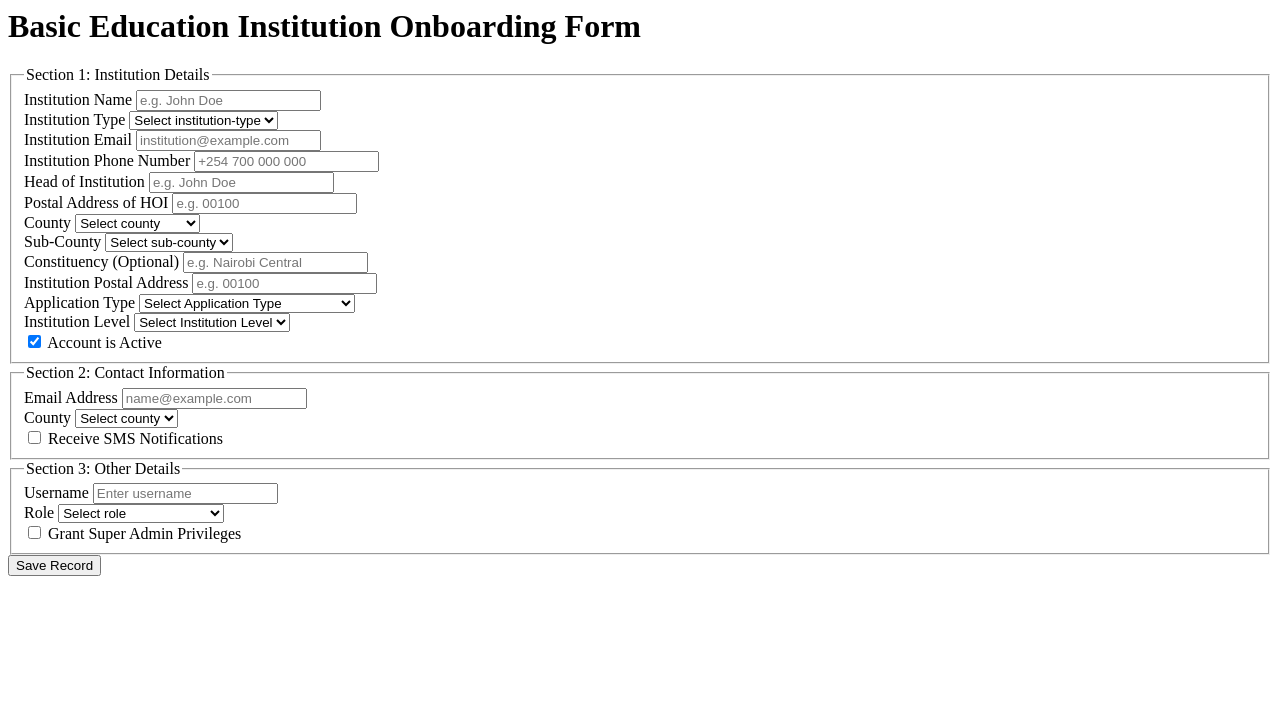
Repository: ndirituart/KEMIS
Page: angular-client/src/app/pages/basic-education/basic-education.html
An editor plug-in stored every save of this project. The page is shown before and after a run of saves, followed by the edit.
The browser window is 1280 px wide. The pictures show the whole page.

Above is the page before, as saved 2026-10-20 21:37:00.

After the next 3 saves:
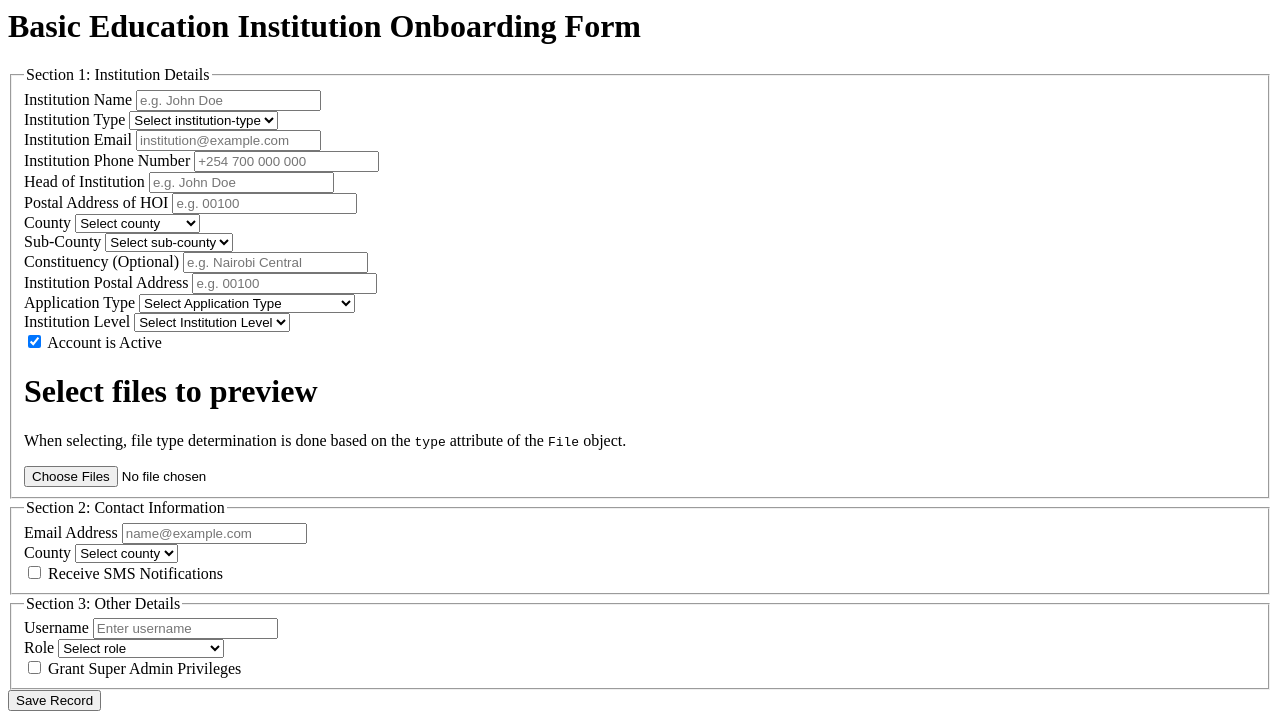
The 3 saves are shown as one change because they came seconds apart.
The last was saved 10 s later.
--- a/angular-client/src/app/pages/basic-education/basic-education.html
+++ b/angular-client/src/app/pages/basic-education/basic-education.html
@@ -154,6 +154,15 @@
           <label class="form-check-label fw-semibold" for="isActive">Account is Active</label>
         </div>
       </div>
+
+      <!---->
+      <div class="upload">
+    <h1>Select files to preview</h1>
+    <p class="upload__description">When selecting, file type determination is done based on the <code>type</code> attribute of the <code>File</code> object.</p>
+    <input class="upload__input" type="file" multiple />
+    <div class="upload__files">
+    </div>
+  </div>
     </div>
   </fieldset>
 
